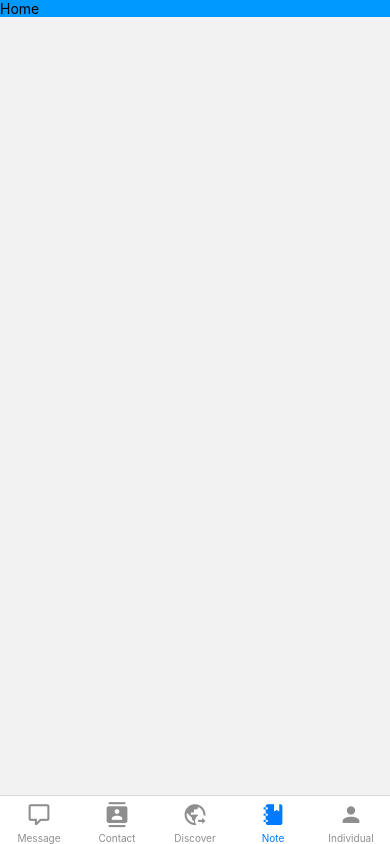
Repository: dinhtq-47/react-native
Screen: /Note
The author's editor kept a copy of each file at every save. The screen is drawn from the files as they stood at one save, then again after the next save.
The app was drawn by React Native's web renderer in a window 390 px wide. The project was rebuilt for these pictures with package versions that can differ from the ones it lists, and the page was loaded fresh each time. Also part of the build but not shown: screens/Contact.js, screens/Discover.js, screens/Individual.js.

Above is the screen before, as saved 2022-02-16 18:17:59.

After the next save:
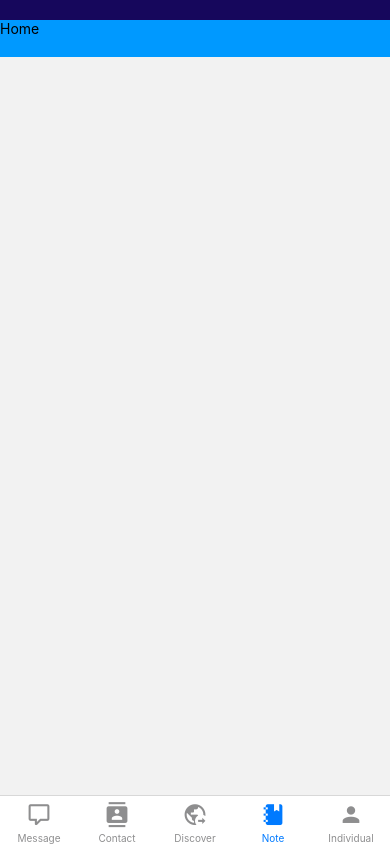
Saved 9 s later.
--- a/screens/Note.js
+++ b/screens/Note.js
@@ -20,6 +20,7 @@ const styles = StyleSheet.create({
     height: "100%",
   },
   StatusBar: {
+    height: 20,
     backgroundColor: "rgba(22,7,92,1)",
   },
 });
